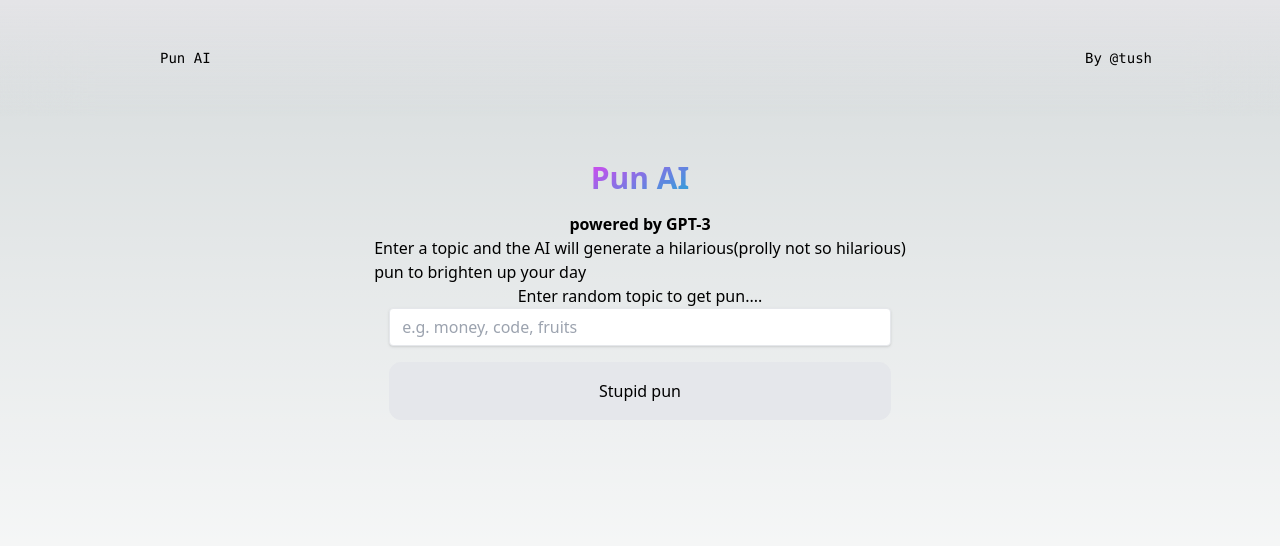
Repository: tushcmd/next-puns-ai
Page: /
An editor plug-in stored every save of this project. The page is shown before and after the next save, followed by the edit.
The browser window is 1280 px wide. The pictures show the whole page.
The project was rebuilt for these pictures with package versions that can differ from the ones it lists, and the page was loaded fresh each time. The framework's server and built-in components were replaced by stand-ins that run in the browser. Also part of the build but not shown: next.config.mjs, app/components/Spinner.tsx.

Above is the page before, as saved 2024-03-07 22:15:46.

After the next save:
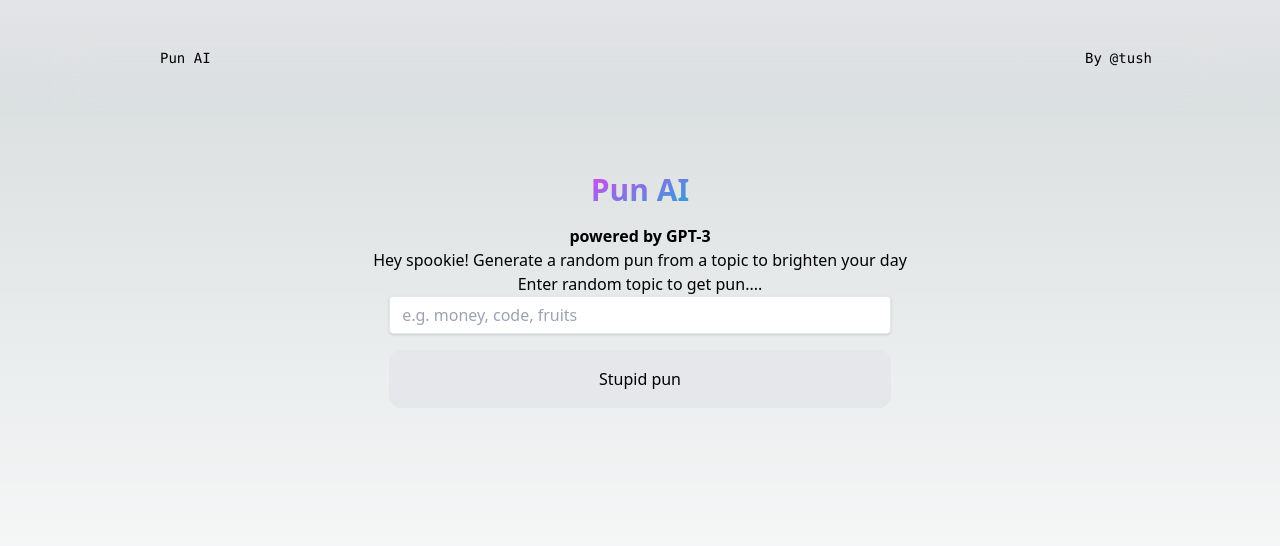
Saved 2 min 25 s later.
--- a/app/components/hero.tsx
+++ b/app/components/hero.tsx
@@ -42,7 +42,7 @@
         <div className="flex flex-col relative justify-center items-center h-screen md:py-16 py-6 overflow-wrap">
             <p className="text-3xl font-bold pb-4 bg-gradient-to-br from-fuchsia-500 to-cyan-500 bg-clip-text text-transparent">Pun AI</p>
             <p className="text-base font-bold">powered by GPT-3</p>
-            <div className="text-base ">Enter a topic and the AI will generate a hilarious(prolly not so hilarious) <br /> pun to brighten up your day</div>
+            <div className="text-base ">Hey spookie! Generate a random pun from a topic to brighten your day</div>
             <div className='mx-[2rem] relative w-full flex items-center'>
                 <Image
                     src={'/public/assets/OIP-crackmeup.jpg'}
